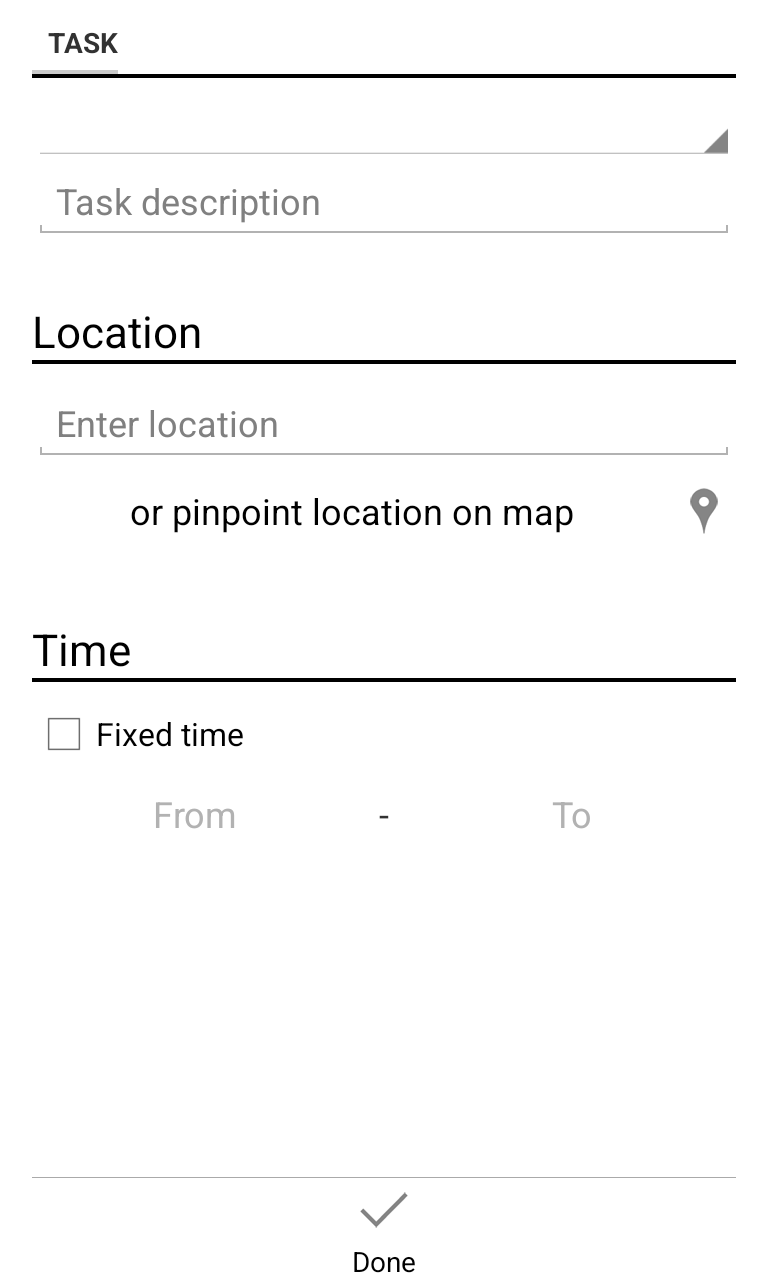
Repository: larserikstrand/IMT4904-Master
Layout: Todoity/res/layout/activity_new_task.xml
The author's editor kept a copy of each file at every save. The layout is drawn from the files as they stood at one save, then again after the next save.
It is drawn on a 768 x 1280 px phone screen (xhdpi) without system bars, with theme android:Theme.Holo.Light; the app's code is not run.

Above is the layout before, as saved 2014-03-14 07:54:06.

After the next save:
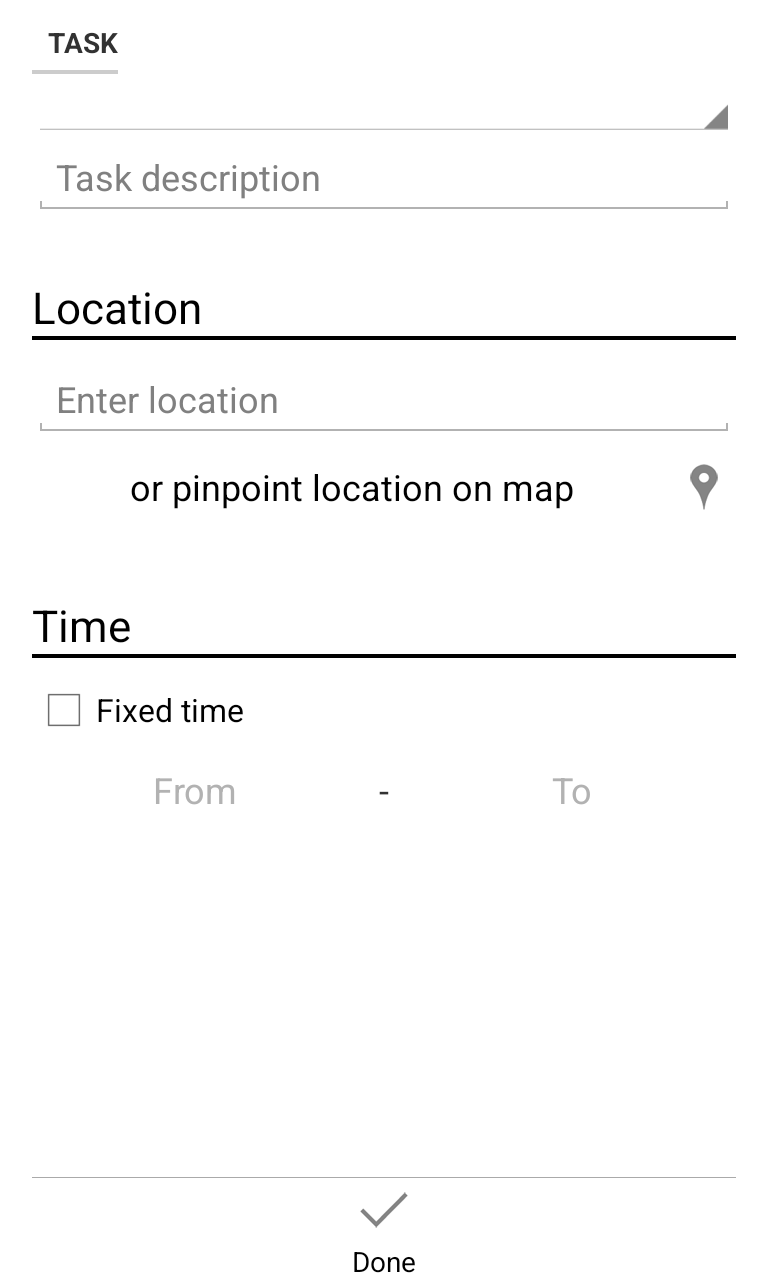
Saved 21 s later.
--- a/Todoity/res/layout/activity_new_task.xml
+++ b/Todoity/res/layout/activity_new_task.xml
@@ -27,10 +27,7 @@
 
         		style="?android:listSeparatorTextViewStyle" />
 
-    		<View android:layout_width="match_parent"
-        		android:layout_height="2dp"
-        		android:layout_marginBottom="10dp"
-        		android:background="@android:color/black" />
+
 
     		<Spinner android:id="@+id/category_spinner"
         		android:layout_width="match_parent"
